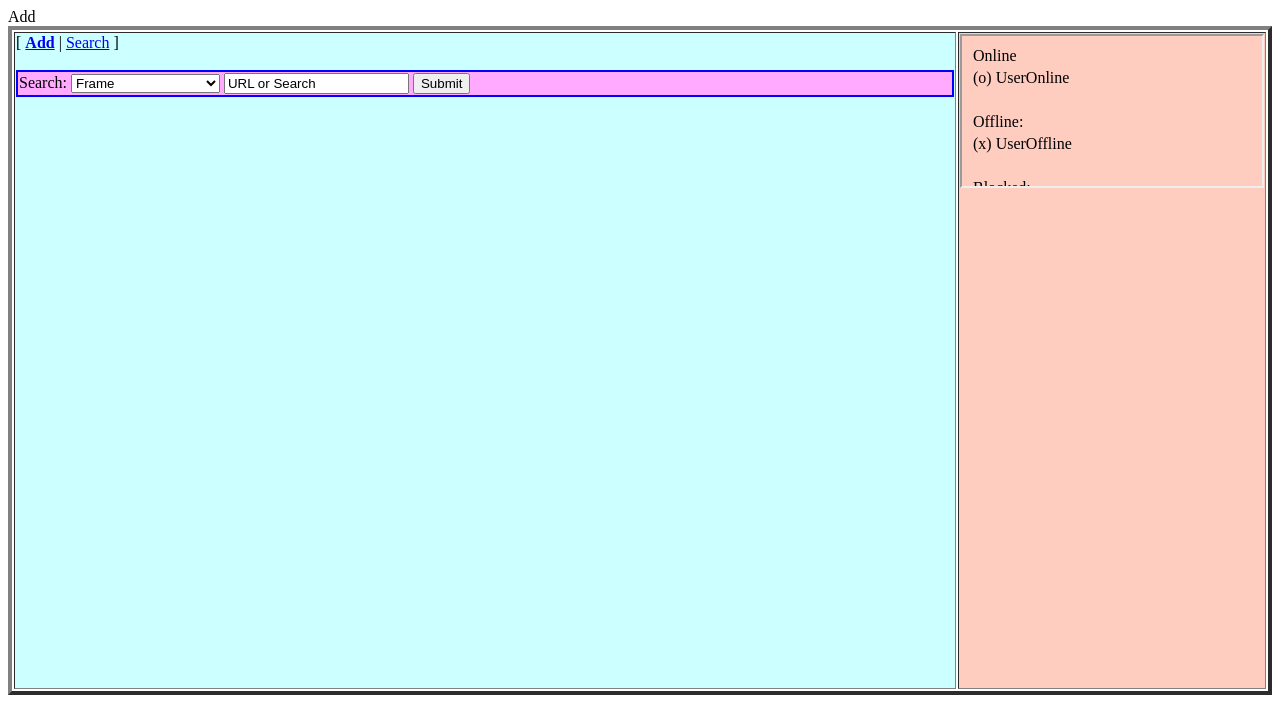
Repository: nevinleiby/SwapRC
Page: add_interface.html
An editor plug-in stored every save of this project. The page is shown before and after the next save, followed by the edit.
The browser window is 1280 px wide. The pictures show the whole page.

Above is the page before, as saved 2019-09-08 02:01:01.

After the next save:
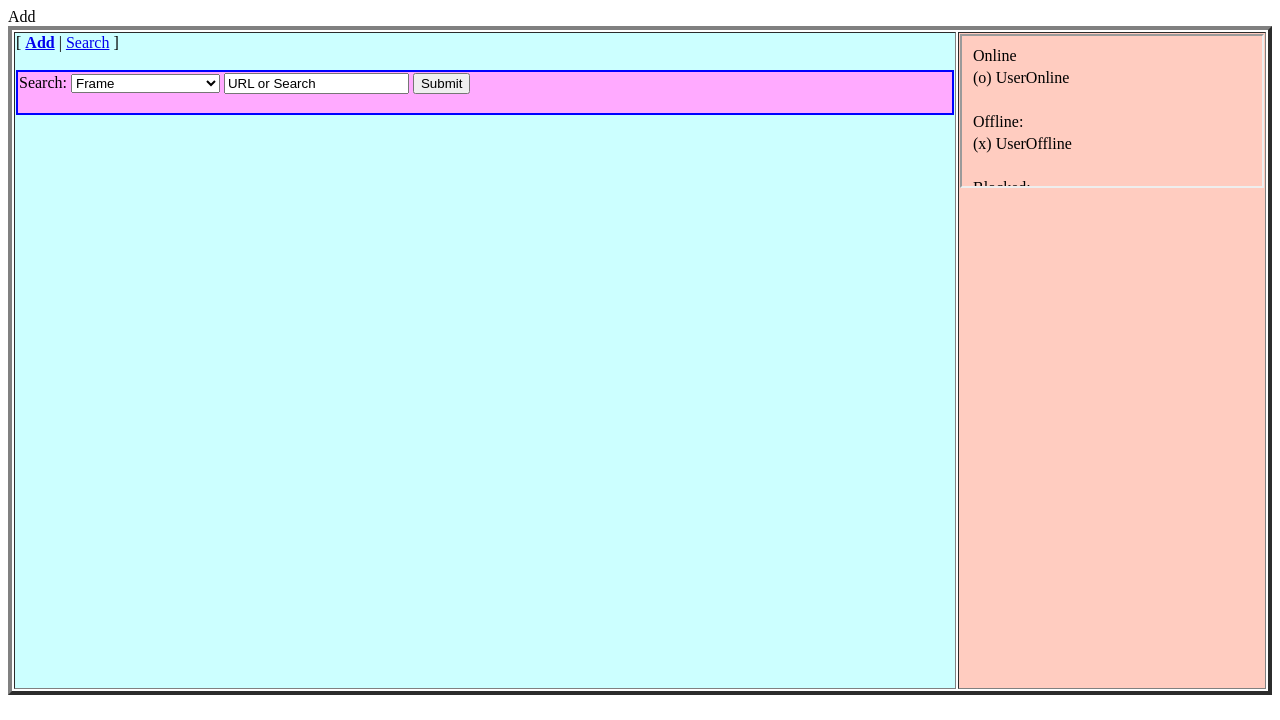
Saved 9 s later.
--- a/add_interface.html
+++ b/add_interface.html
@@ -41,6 +41,8 @@
                                     <input type=text name="Name" value = "URL or Search" >
                                     <input type=submit name="submit">
                                     &nbsp;<br>
+                                    &nbsp;<br>
+
 
                                 </td>
 

After the 5 saves that followed:
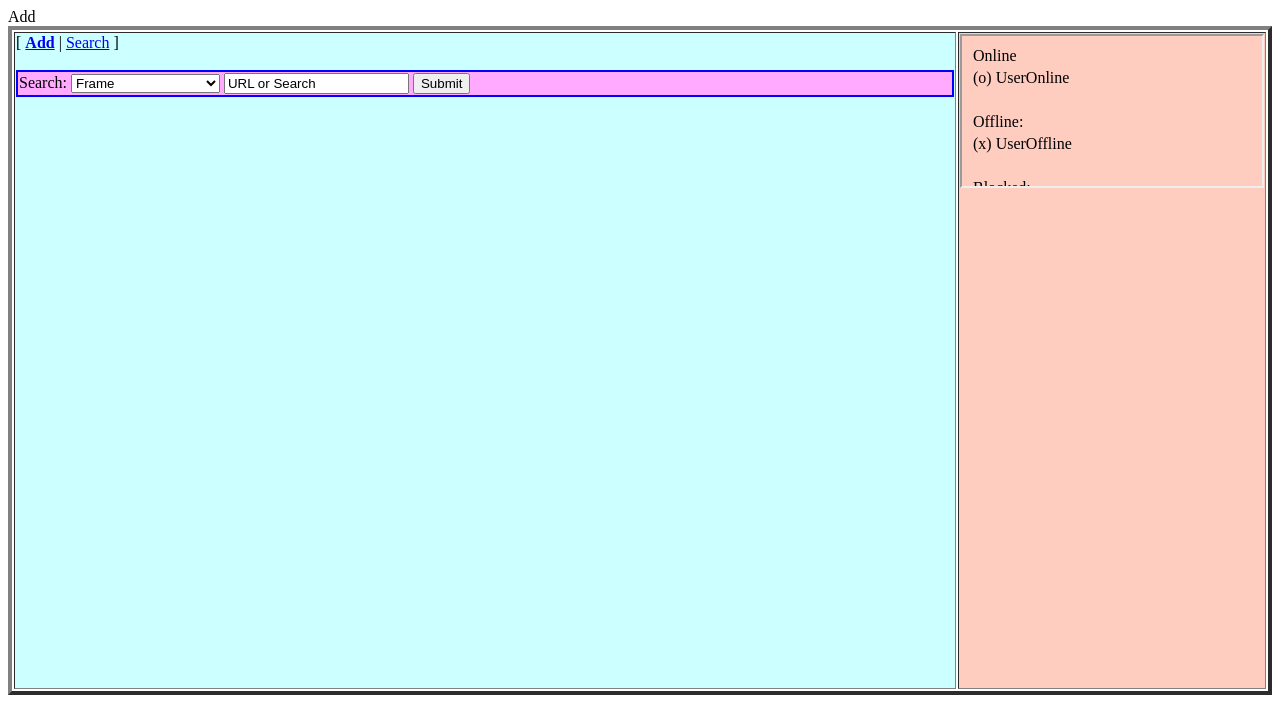
The 5 saves are shown as one change because 3 left the picture as it was and some came seconds apart.
The last was saved 89 s later.
--- a/add_interface.html
+++ b/add_interface.html
@@ -15,8 +15,8 @@
                         <form>
                         <br>
                         <table width=100% height=95% bgcolor=blue>
-                            <tr height=95%>
-                                <td valign=top bgcolor="#ffaaff" height=95%>
+                            <tr height=95% style="height:95%">
+                                <td valign=top bgcolor="#ffaaff" style="height:95%">
                                     Search:
                                     <select name="category">
                                             <option value = "frame">Frame</option>
@@ -40,8 +40,6 @@
                                     </select>
                                     <input type=text name="Name" value = "URL or Search" >
                                     <input type=submit name="submit">
-                                    &nbsp;<br>
-                                    &nbsp;<br>
 
 
                                 </td>
